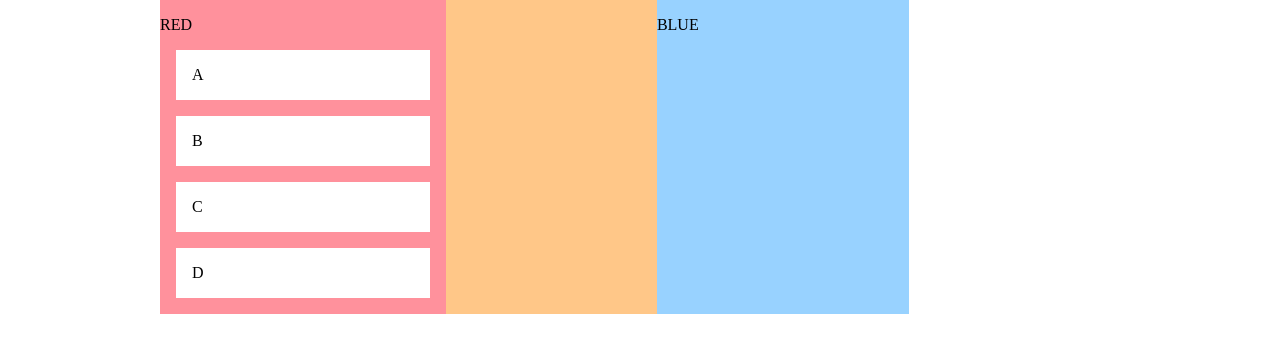
Repository: CryptoFamilyNFT/develhope
Page: css/FlexBoxProperties/index.html
The author's editor kept a copy of each file at every save. The page is drawn from the files as they stood at one save, then again after the next save.
The browser window is 1280 px wide. The pictures show the whole page.

Above is the page before, as saved 2024-11-15 12:11:12.

After the next save:
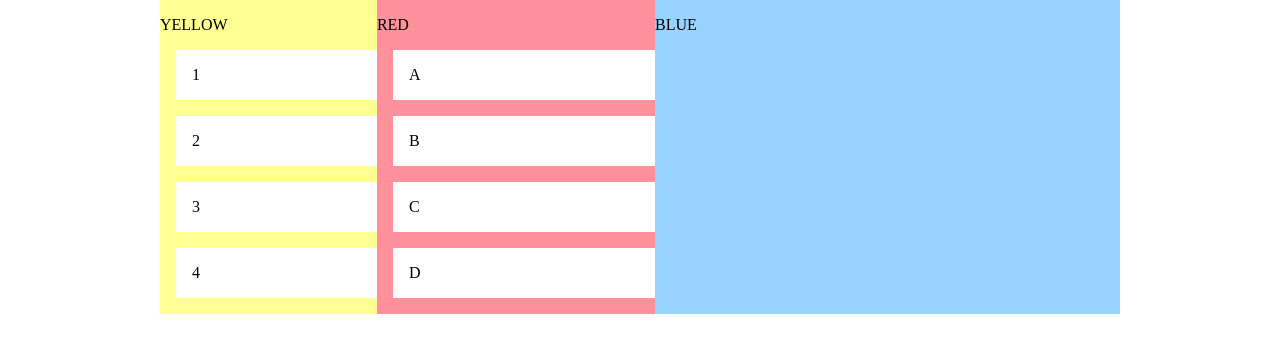
Saved 11 s later.
--- a/css/FlexBoxProperties/start.css
+++ b/css/FlexBoxProperties/start.css
@@ -12,22 +12,22 @@ body {
 
   #orange {
     background-color: #ffc788;
-    grid-area: 1 / 3 / 1 / 1;
+    grid-area: 1 / 3 / 1 / 2;
   }
 
   #yellow {
     background-color: #ffff92;
-    grid-area: 1 / 1 / 1 / 1;
+    grid-area: 1 / 1 / 1 / 3;
   }
 
   #red {
     background-color: #ff919c;
-    grid-area: 1 / 2 / 1 / 1;
+    grid-area: 1 / 2 / 1 / 4;
   }
 
   #blue {
     background-color: #98d2ff;
-    grid-area: 1 / 3 / 1 / 4;
+    grid-area: 1 / 3 / 1 / 5;
   }
 
   ul {
